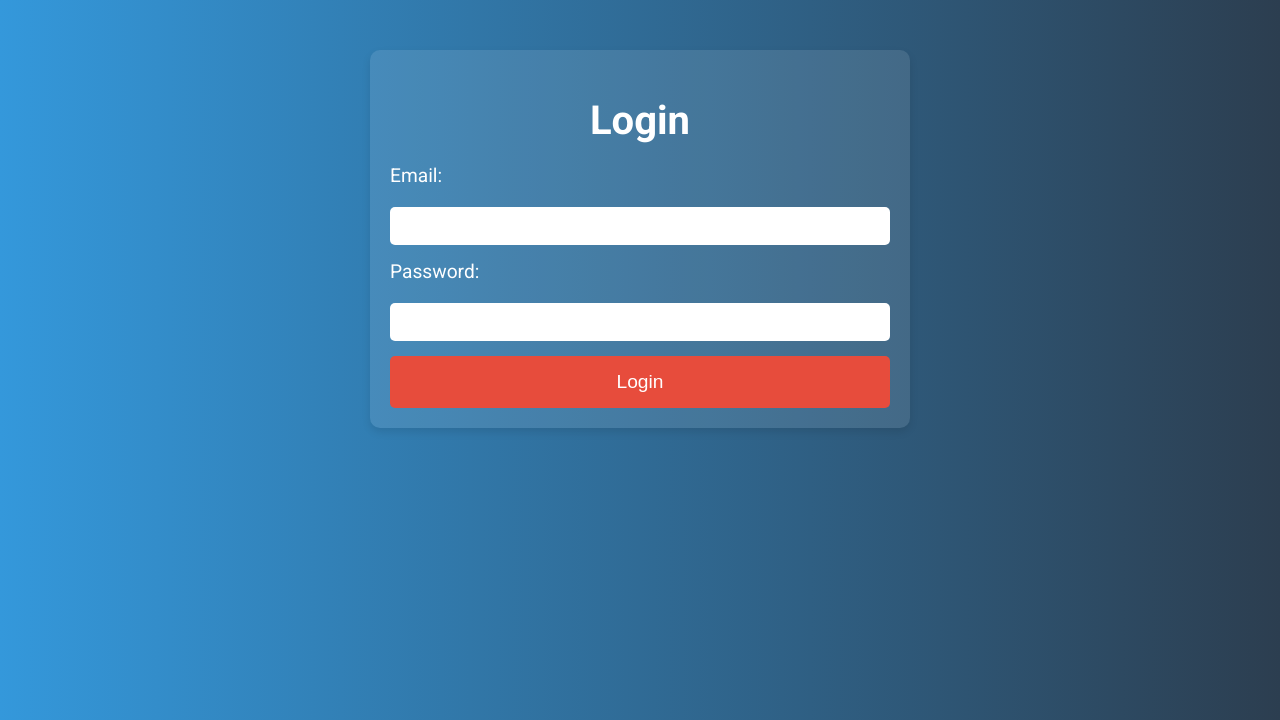
Repository: Idriss-jedid/Hotel
Page: http://localhost/Hotel/Vue/login.jsp
An editor plug-in stored every save of this project. The page is shown before and after the next save, followed by the edit.
The browser window is 1280 px wide. The pictures show the whole page.
The page is served by Tomcat 10. Nobody is signed in. The application's start-up code is not run.

Above is the page before, as saved 2024-12-17 16:09:29.

After the next save:
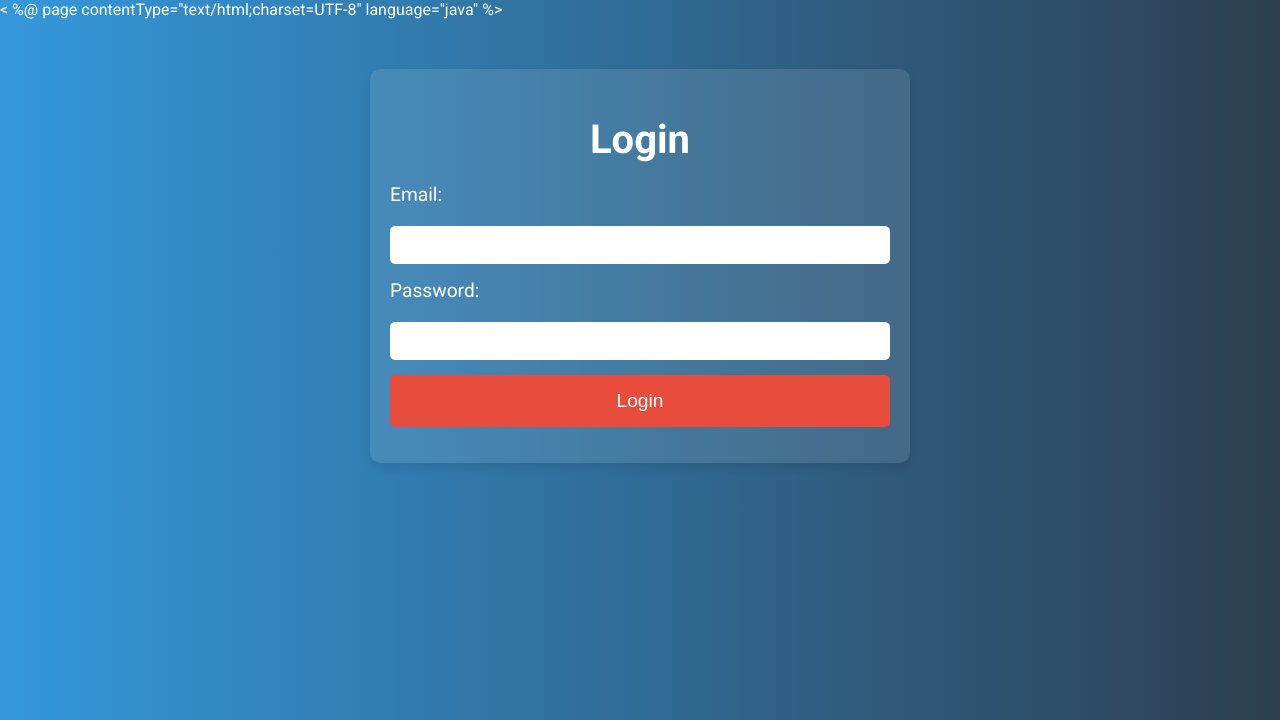
Saved 5 min 9 s later.
--- a/Hotel/src/main/webapp/Vue/login.jsp
+++ b/Hotel/src/main/webapp/Vue/login.jsp
@@ -1,4 +1,4 @@
-<%@ page contentType="text/html;charset=UTF-8" language="java" %>
+< %@ page contentType="text/html;charset=UTF-8" language="java" %>
 <!DOCTYPE html>
 <html>
 <head>
